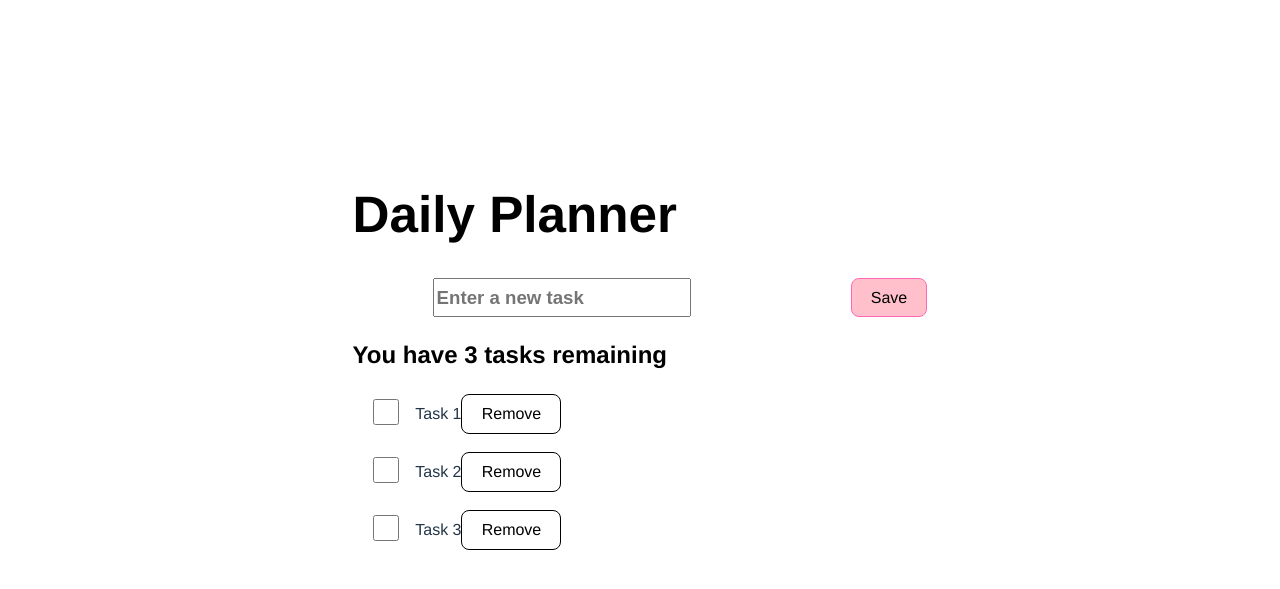
Repository: MonicaNguyenH/Frontend_Assignment6
Page: / (app in react/)
The author's editor kept a copy of each file at every save. The page is drawn from the files as they stood at one save, then again after the next save.
The browser window is 1280 px wide. The pictures show the whole page.
The project was rebuilt for these pictures with package versions that can differ from the ones it lists, and the page was loaded fresh each time. Also part of the build but not shown: react/vite.config.js.

Above is the page before, as saved 2024-10-11 14:17:03.

After the next save:
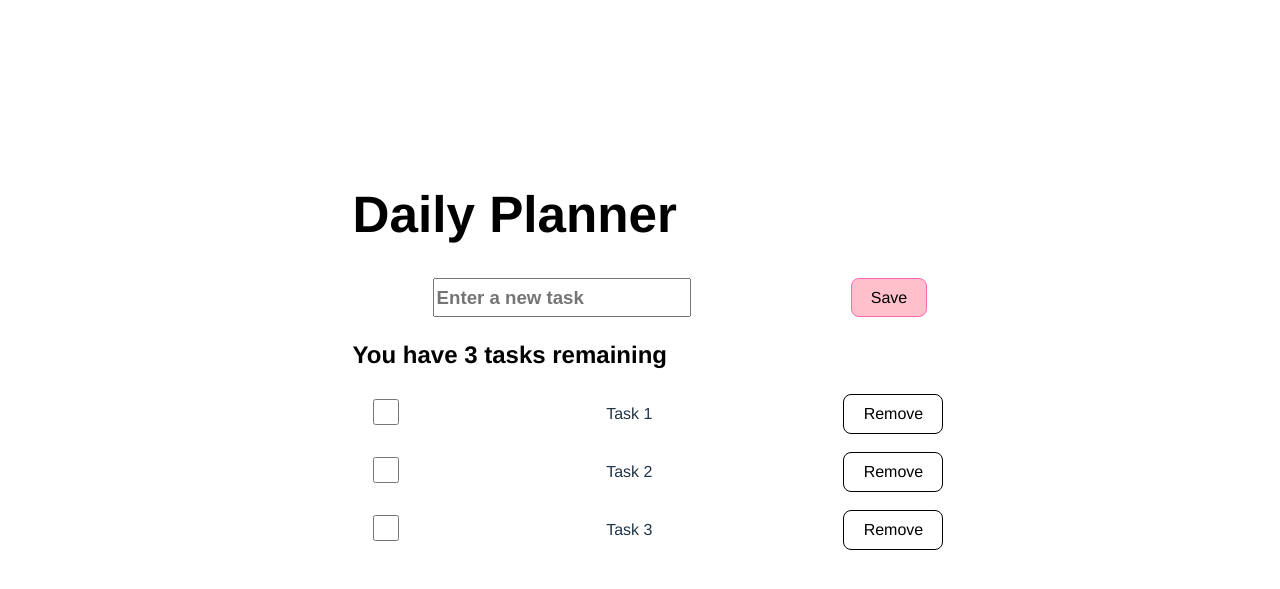
Saved 87 s later.
--- a/react/src/App.css
+++ b/react/src/App.css
@@ -45,6 +45,7 @@
   display: flex;
   flex-direction: row;
   align-items: center;
+  justify-content: space-between;
   margin: 1em;
 
   width: 100%;

After the 2 saves that followed:
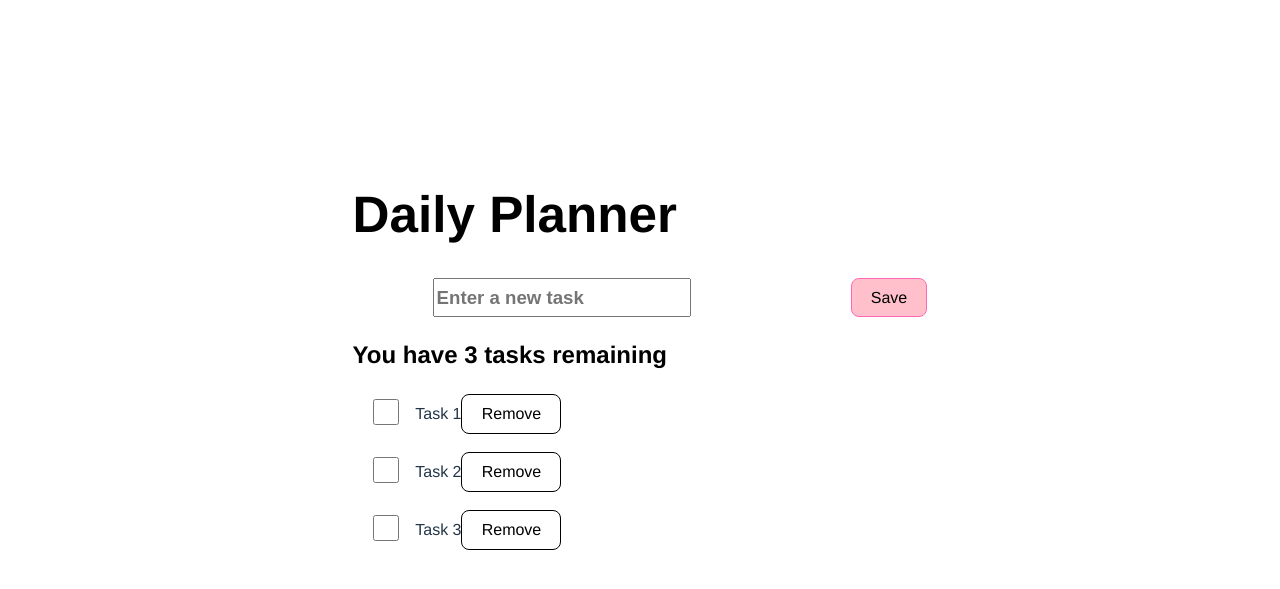
The 2 saves are shown as one change because 1 left the picture as it was.
The last was saved 43 s later.
--- a/react/src/App.css
+++ b/react/src/App.css
@@ -45,7 +45,6 @@
   display: flex;
   flex-direction: row;
   align-items: center;
-  justify-content: space-between;
   margin: 1em;
 
   width: 100%;
--- a/react/src/components/Task.jsx
+++ b/react/src/components/Task.jsx
@@ -12,7 +12,7 @@ export default function Task({ task, toggleComplete, removeTask }) {
             onChange={toggleComplete}
           />
         </label>
-        <span style={{ textDecoration: task.completed ? 'line-through' : 'none' }}>{task.name}</span>
+        <span className="task-name" style={{ textDecoration: task.completed ? 'line-through' : 'none' }}>{task.name}</span>
         <button className="task-delete" onClick={removeTask}>Remove</button>
       </div>
     </>
